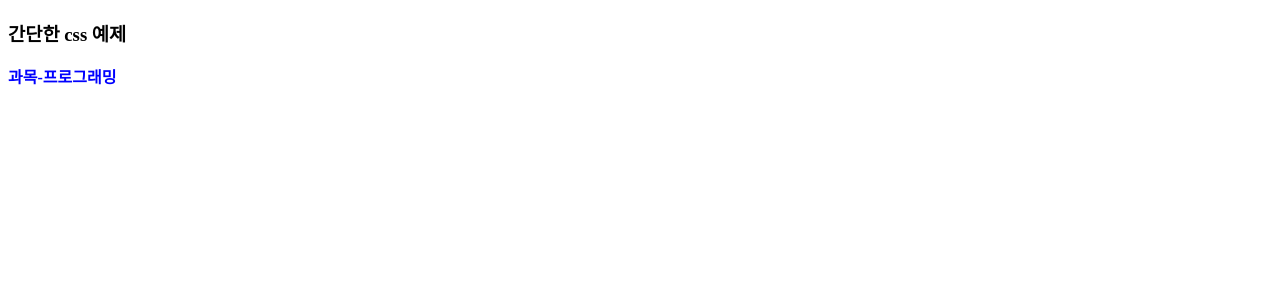
Repository: marudaga/html-css-lecture
Page: work/study/src/main/webapp/htmlEx/ch03/ex01.html
These files come from the project's save history. The page is drawn as it stood at one moment and after the next save; the edit follows.
The browser window is 1280 px wide. The pictures show the whole page.

Above is the page before, as saved 2022-09-06 06:18:55.

After the next save:
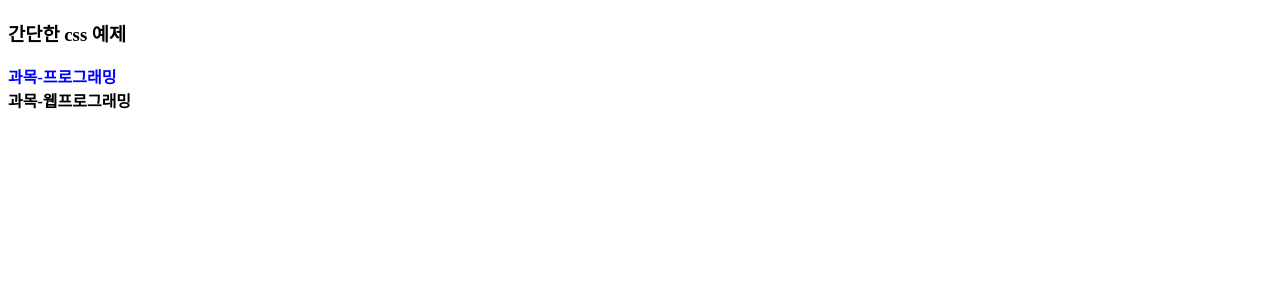
Saved 16 s later.
--- a/work/study/src/main/webapp/htmlEx/ch03/ex01.html
+++ b/work/study/src/main/webapp/htmlEx/ch03/ex01.html
@@ -7,7 +7,7 @@
 /* embedded style sheet */
 /* 태그 선택자 */
 div { color: blue; font-weight:  600;}
-.box { color: white; font-weight:  600;}
+.box { color: black; font-weight:  600;}
 </style>
 </head>
 <body>
